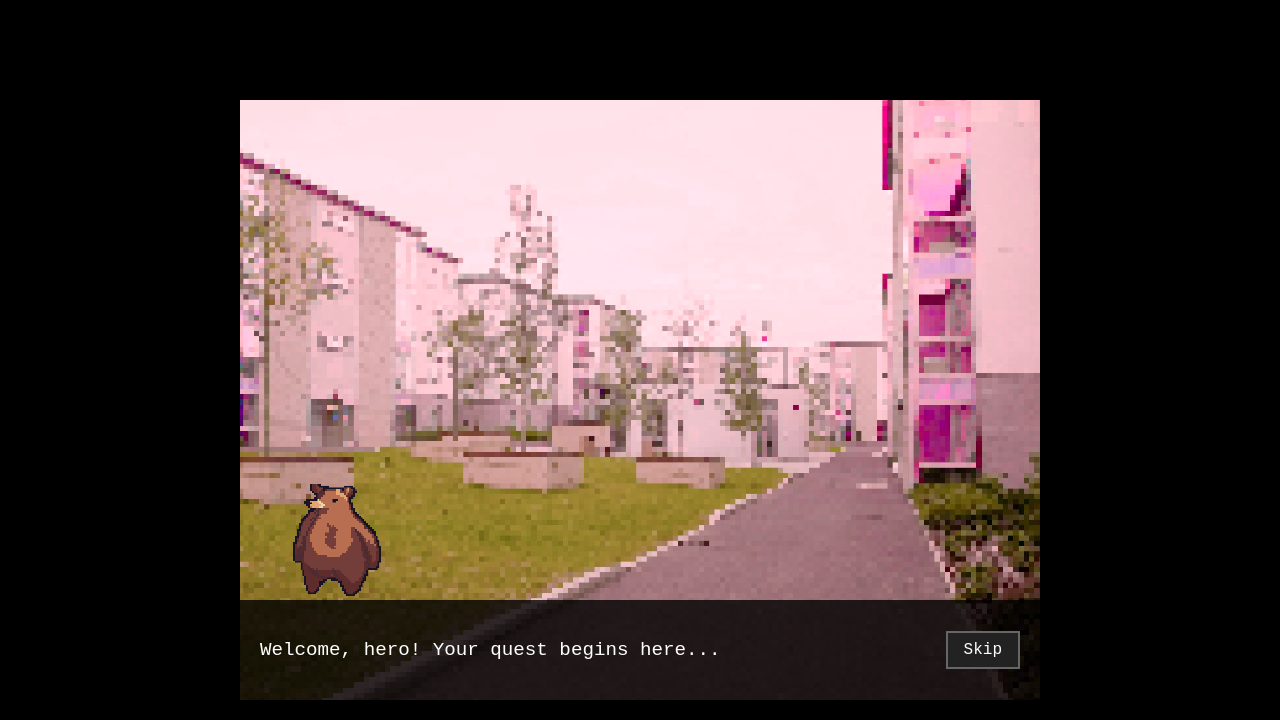
Repository: AJamdonuts/ToddyTalks
Page: playingaround2/pages/Unlocksecretsauce.html
The author's editor kept a copy of each file at every save. The page is drawn from the files as they stood at one save, then again after the next save.
The browser window is 1280 px wide. The pictures show the whole page.

Above is the page before, as saved 2025-11-07 22:31:33.

### playingaround2/pages/Unlocksecretsauce.html
<!DOCTYPE html>
<html lang="en">
<head>
  <meta charset="UTF-8" />
  <title>Pixel Game Intro</title>
  <link rel="stylesheet" href="/playingaround2/styles/Unlockss.css" />
</head>
<body>
  <div id="game-container">
    <img src="/playingaround2/images/Screenshot 2025-03-14 at 08.17.33.jpeg" id="background" alt="background" />
    <img src="/playingaround2/images/bearf.png" id="character" alt="character" />

    <div id="dialogue-box">
      <p id="dialogue-text">Welcome, hero! Your quest begins here...</p>
      <button id="skip-button">Skip</button>
    </div>
  </div>

  <script src="/playingaround2/javascript/unlocksecretsauce.js"></script>
</body>
</html>

### playingaround2/styles/Unlockss.css
body {
  margin: 0;
  background: black;
  font-family: monospace;
}

#game-container {
  position: relative;
  width: 800px;
  height: 600px;
  margin: 0 auto;
  margin-top: 100px;
  overflow: hidden;
  image-rendering: pixelated;
}

#background {
  width: 100%;
  height: 100%;
  object-fit: cover;
}

#character {
  position: absolute;
  bottom: 100px;
  left: 40px;
  width: 120px;
  height: auto;
}

#dialogue-box {
  position: absolute;
  bottom: 0;
  width: 100%;
  background: rgba(0, 0, 0, 0.8);
  color: white;
  padding: 20px;
  box-sizing: border-box;
  font-size: 1.2rem;
  display: flex;
  justify-content: space-between;
  align-items: center;
}

#skip-button {
  background: #222;
  color: #fff;
  border: 2px solid #666;
  padding: 8px 16px;
  font-family: inherit;
  cursor: pointer;
  font-size: 1rem;
}

#skip-button:hover {
  background: #555;
}

### playingaround2/javascript/unlocksecretsauce.js
const dialogueText = document.getElementById("dialogue-text");
const skipButton = document.getElementById("skip-button");

let dialogueIndex = 0;
const dialogueLines = [
  "These groceries are gonna pull my arms out...Damn brits...Master inventors not a lift in sight except for me heavy-lifting...",
  "This land is cursed by shadows.",
  "Find the crystal to restore balance.",
  "Be careful... you’re not alone.",
];

function showNextLine() {
  dialogueIndex++;
  if (dialogueIndex < dialogueLines.length) {
    dialogueText.textContent = dialogueLines[dialogueIndex];
  } else {
    // End of intro
    document.getElementById("dialogue-box").style.display = "none";
    document.getElementById("character").style.display = "none";
  }
}

skipButton.addEventListener("click", showNextLine);

After the next save:
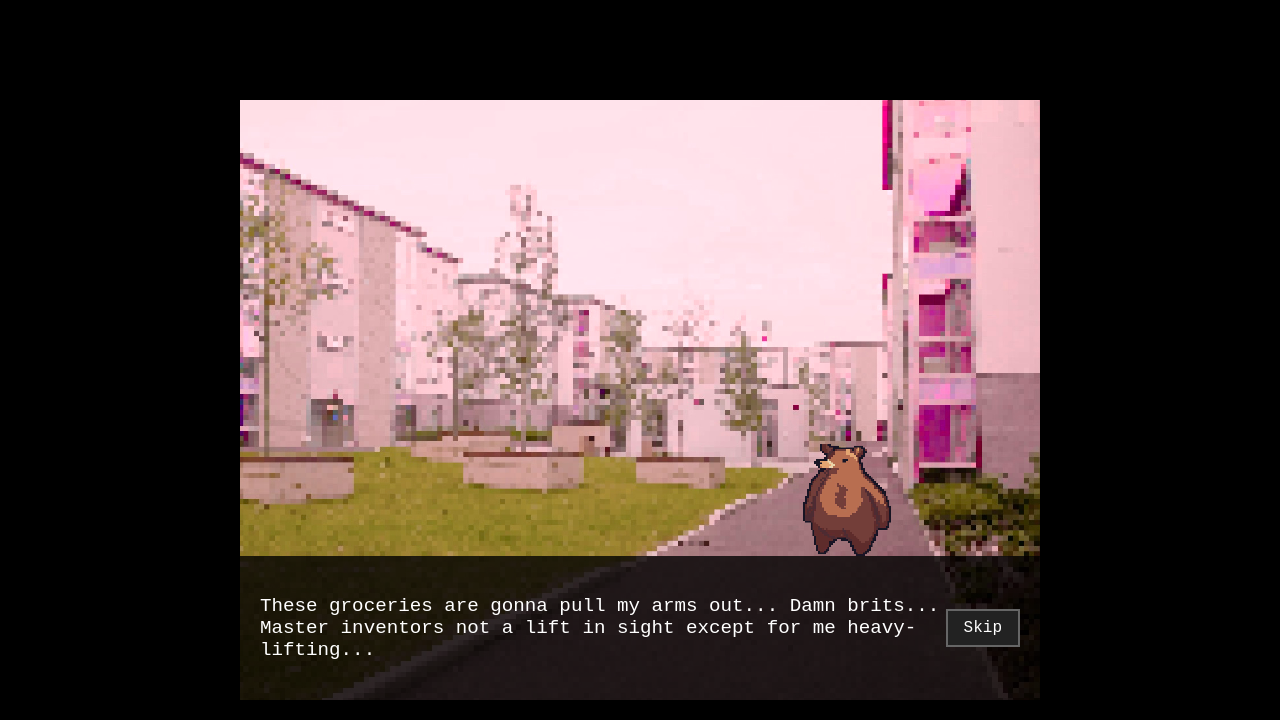
Saved 35 min 25 s later.
--- a/playingaround2/pages/Unlocksecretsauce.html
+++ b/playingaround2/pages/Unlocksecretsauce.html
@@ -11,7 +11,7 @@
     <img src="/playingaround2/images/bearf.png" id="character" alt="character" />
 
     <div id="dialogue-box">
-      <p id="dialogue-text">Welcome, hero! Your quest begins here...</p>
+      <p id="dialogue-text">"These groceries are gonna pull my arms out...<br>Damn brits...Master inventors not a lift in sight except for me heavy-lifting..."</p>
       <button id="skip-button">Skip</button>
     </div>
   </div>
--- a/playingaround2/javascript/unlocksecretsauce.js
+++ b/playingaround2/javascript/unlocksecretsauce.js
@@ -1,23 +1,67 @@
 const dialogueText = document.getElementById("dialogue-text");
 const skipButton = document.getElementById("skip-button");
+const background = document.getElementById("background");
+const character = document.getElementById("character");
 
 let dialogueIndex = 0;
-const dialogueLines = [
-  "These groceries are gonna pull my arms out...Damn brits...Master inventors not a lift in sight except for me heavy-lifting...",
-  "This land is cursed by shadows.",
-  "Find the crystal to restore balance.",
-  "Be careful... you’re not alone.",
+
+// Each entry is one scene (dialogue + optional background)
+const scenes = [
+  {
+    text: "These groceries are gonna pull my arms out... Damn brits... Master inventors not a lift in sight except for me heavy-lifting...",
+    background: "/playingaround2/images/Screenshot 2025-03-14 at 08.17.33.jpeg",
+    characterPos: { left: "550px", bottom: "140px" },
+
+  },
+  {
+    text: "Finally... I can relax...",
+    background: "/playingaround2/images/woolfkitchen.png",
+    characterPos: { left: "450px", bottom: "100px" },
+  },
+  {
+    text: "Eek! Creepy!",
+    background: "/playingaround2/images/bg-creepy.jpeg",
+    characterPos: { left: "100px", bottom: "0px" },
+  },
+  {
+    text: "What was that sound?!",
+    background: "/playingaround2/images/bg-darkhall.jpeg",
+    characterPos: { left: "100px", bottom: "0px" },
+  },
 ];
 
-function showNextLine() {
-  dialogueIndex++;
-  if (dialogueIndex < dialogueLines.length) {
-    dialogueText.textContent = dialogueLines[dialogueIndex];
+function showScene() {
+  if (dialogueIndex < scenes.length) {
+    const current = scenes[dialogueIndex];
+    dialogueText.textContent = current.text;
+
+    // Change background
+    if (current.background) {
+      background.src = current.background;
+    }
+
+    // Move character
+    if (current.characterPos) {
+      character.style.left = current.characterPos.left;
+      character.style.bottom = current.characterPos.bottom;
+    }
+
   } else {
-    // End of intro
     document.getElementById("dialogue-box").style.display = "none";
-    document.getElementById("character").style.display = "none";
+    character.style.display = "none";
   }
 }
 
-skipButton.addEventListener("click", showNextLine);
+
+skipButton.addEventListener("click", () => {
+  dialogueIndex++;
+  showScene();
+});
+
+
+
+
+
+
+// Start the first scene immediately
+showScene();
